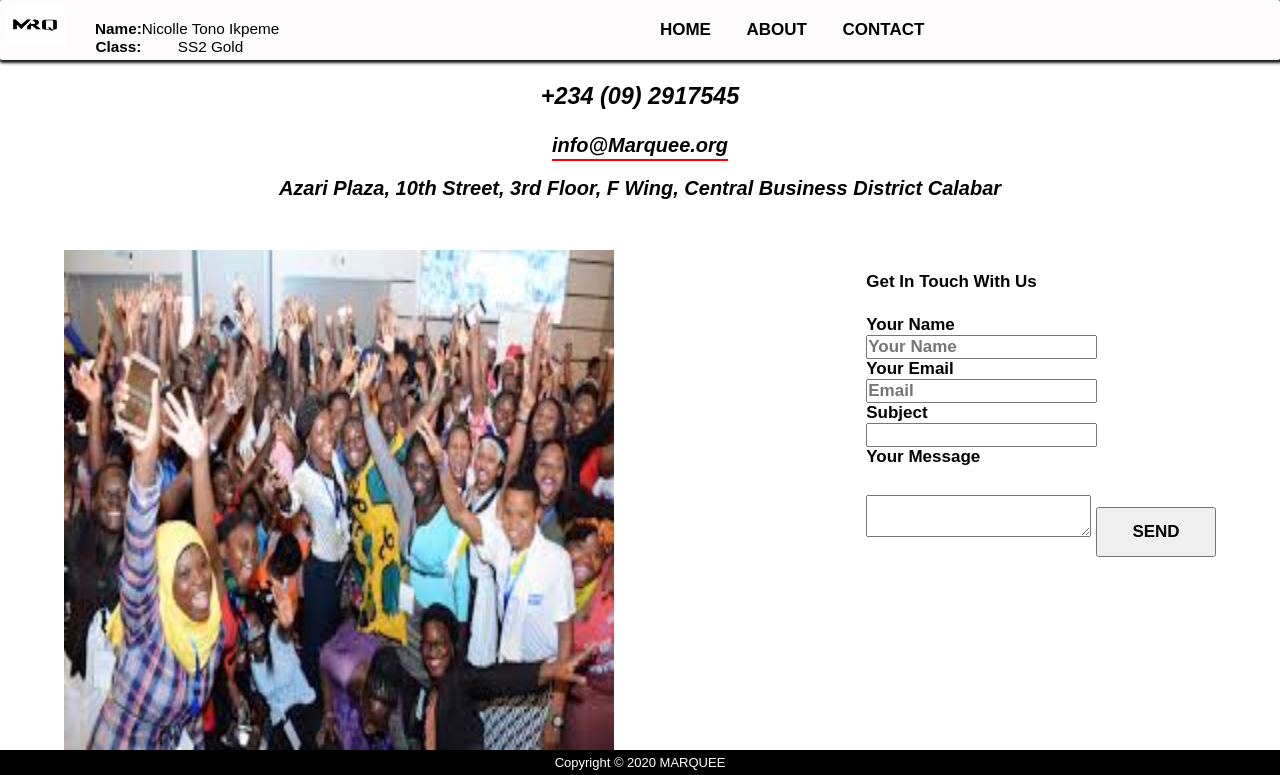
Repository: pboi18/Marquee.org
Page: contact.html
These files come from the project's save history. The page is drawn as it stood at one moment and after the next save; the edit follows.
The browser window is 1280 px wide. The pictures show the whole page.

Above is the page before, as saved 2020-07-11 21:40:52.

After the next save:
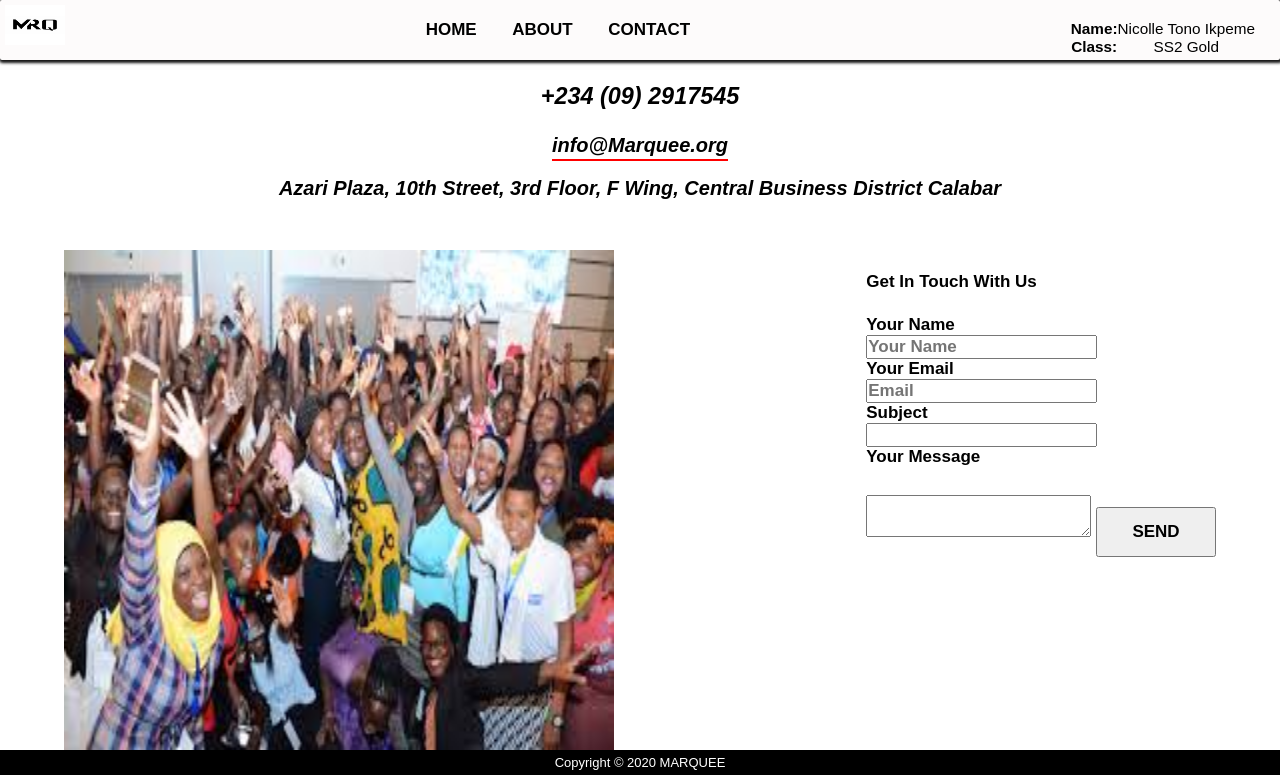
Saved 9 s later.
--- a/contact.html
+++ b/contact.html
@@ -37,7 +37,7 @@
                                 </a>
                             </li>
 
-                            <li style="float: left;">
+                            <li style="float: right;">
                                 <table class="id">
                                     <tr>
                                         <th>Name:</th>
